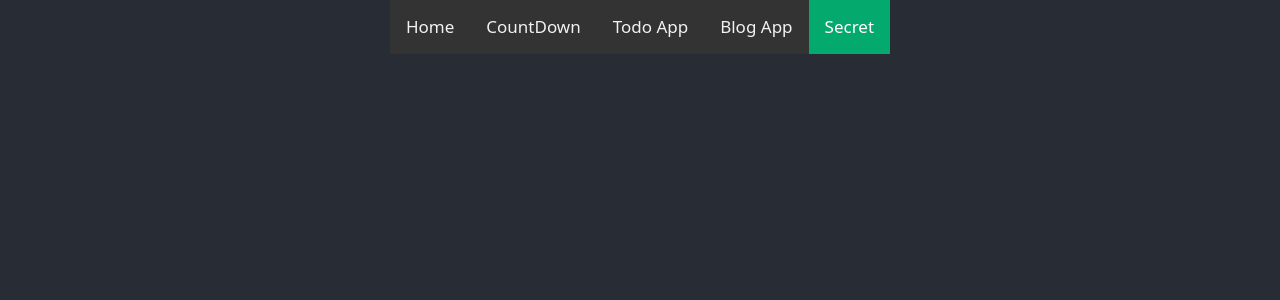
Repository: ThucSkin/React-hook-basic
Page: /secrect
The author's editor kept a copy of each file at every save. The page is drawn from the files as they stood at one save, then again after the next save.
The browser window is 1280 px wide. The pictures show the whole page.
The project was rebuilt for these pictures with package versions that can differ from the ones it lists, and the page was loaded fresh each time. Also part of the build but not shown: src/views/Todo.js, src/views/TableApi/TableUser.scss, src/customize/Fetch.js, src/views/TableApi/TableApi.js, src/views/CountDown/countdown.js, src/views/AddNewUser.js, src/views/Blog.js, src/views/BlogDetail.js.

Above is the page before, as saved 2023-06-12 02:21:07.

### src/index.js
import React from 'react';
import ReactDOM from 'react-dom/client';
import './index.scss';
import App from './App';
import reportWebVitals from './reportWebVitals';
import { BrowserRouter as Router } from 'react-router-dom';

const root = ReactDOM.createRoot(document.getElementById('root'));
root.render(
  <React.StrictMode>
    <Router>
      <App />
    </Router>
  </React.StrictMode>
);

// If you want to start measuring performance in your app, pass a function
// to log results (for example: reportWebVitals(console.log))
// or send to an analytics endpoint. Learn more: https://bit.ly/CRA-vitals
reportWebVitals();

### src/index.scss
@import "~bootstrap/scss/bootstrap";

body {
  margin: 0;
  font-family: -apple-system, BlinkMacSystemFont, 'Segoe UI', 'Roboto', 'Oxygen',
    'Ubuntu', 'Cantarell', 'Fira Sans', 'Droid Sans', 'Helvetica Neue',
    sans-serif;
  -webkit-font-smoothing: antialiased;
  -moz-osx-font-smoothing: grayscale;
}

code {
  font-family: source-code-pro, Menlo, Monaco, Consolas, 'Courier New',
    monospace;
}

### src/App.js

import './App.scss';
import Nav from './views/Nav';
import Todo from './views/Todo';
import TableApi from './views/TableApi/TableApi';
import { CountDown } from './views/CountDown/countdown';
import { Routes, Route } from 'react-router-dom'
import { Blog } from './views/Blog';
import DetailBlog from './views/BlogDetail';
import { Container } from 'react-bootstrap';
import AddNewUser from './views/AddNewUser';
import 'bootstrap/dist/css/bootstrap.min.css';
import NotFound404 from './views/404';


const App = () => {
  return (
    <div className="App">
      <header className="App-header">
        <Nav />
        <Container className='container'>
          <Routes>
            <Route path='/' element={<TableApi />} />
            <Route path='/countdown' element={<CountDown />} />
            <Route path='/todo' element={<Todo />} />
            <Route path='/blog' element={<Blog />} />
            <Route path='/blog/:id' element={<DetailBlog />} />
            <Route path='/add/user' element={<AddNewUser />} />
            <Route path='*' element={<NotFound404 />} />
          </Routes>
        </Container>
      </header>
    </div>
  );
}

export default App;

### src/App.scss
.App {
    text-align: center;
}

.App-logo {
    height: 10vmin;
    pointer-events: none;
}

@media (prefers-reduced-motion: no-preference) {
    .App-logo {
        animation: App-logo-spin infinite 20s linear;
    }
}

.App-header {
    background-color: #282c34;
    min-height: 100vh;
    display: flex;
    flex-direction: column;
    align-items: center;
    /* justify-content: center; */
    font-size: calc(10px + 2vmin);
    color: white;
}

.App-link {
    color: #61dafb;
}

@keyframes App-logo-spin {
    from {
        transform: rotate(0deg);
    }

    to {
        transform: rotate(360deg);
    }
}

.container {
    font-size: 16px;

}

### src/views/Nav.js
import { NavLink } from 'react-router-dom';
import './Nav.scss';
import 'bootstrap/dist/css/bootstrap.min.css';

const Nav = () => {
    return (
        <>
            <div className="topnav mb-4">
                <NavLink to="/" activeclassName="active">Home</NavLink>
                <NavLink to="/countdown">CountDown</NavLink>
                <NavLink to="/todo">Todo App</NavLink>
                <NavLink to="/blog">Blog App</NavLink>
                <NavLink to="/secrect">Secret</NavLink>
            </div>
        </>
    )
}

export default Nav;

### src/views/404.js

const NotFound404 = () => {
    <div>
        <h1>404</h1>
        <h5>Not found!</h5>
        <button className="btn btn-primary">Go to hompage</button>
    </div>
}

export default NotFound404

### src/views/Nav.scss
body {
    margin: 0;
    font-family: Arial, Helvetica, sans-serif;

    .topnav {
        overflow: hidden;
        background-color: #333;

        a {
            float: left;
            color: #f2f2f2;
            text-align: center;
            padding: 14px 16px;
            text-decoration: none;
            font-size: 17px;
        }

        a:hover {
            background-color: #ddd;
            color: black;
        }

        a.active {
            background-color: #04AA6D;
            color: white;
        }
    }

    .form-add {
        width: 450px;
        margin: 0 auto;
        border: 10px solid rgb(99, 208, 48);
        padding: 20px;
    }
}

Loaded but not shown: public/index.html (common file); src/reportWebVitals.js (common file)

After the next save:
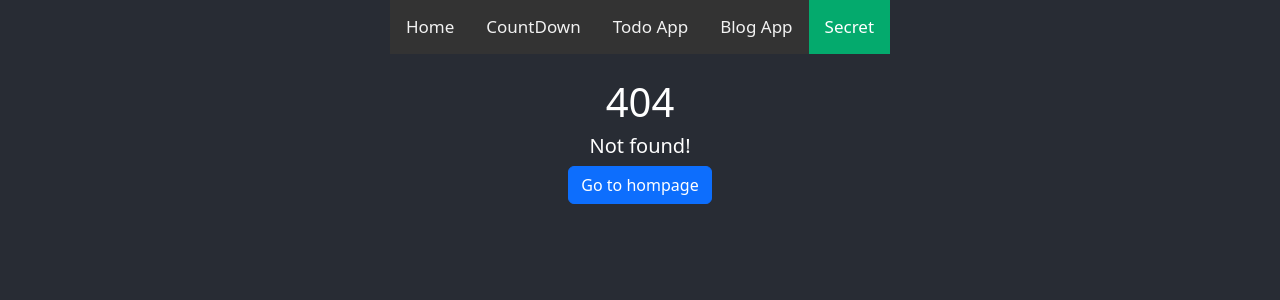
Saved 65 s later.
--- a/src/views/404.js
+++ b/src/views/404.js
@@ -1,10 +1,12 @@
 
 const NotFound404 = () => {
-    <div>
-        <h1>404</h1>
-        <h5>Not found!</h5>
-        <button className="btn btn-primary">Go to hompage</button>
-    </div>
+    return (
+        <div>
+            <h1>404</h1>
+            <h5>Not found!</h5>
+            <button className="btn btn-primary">Go to hompage</button>
+        </div>
+    )
 }
 
 export default NotFound404
